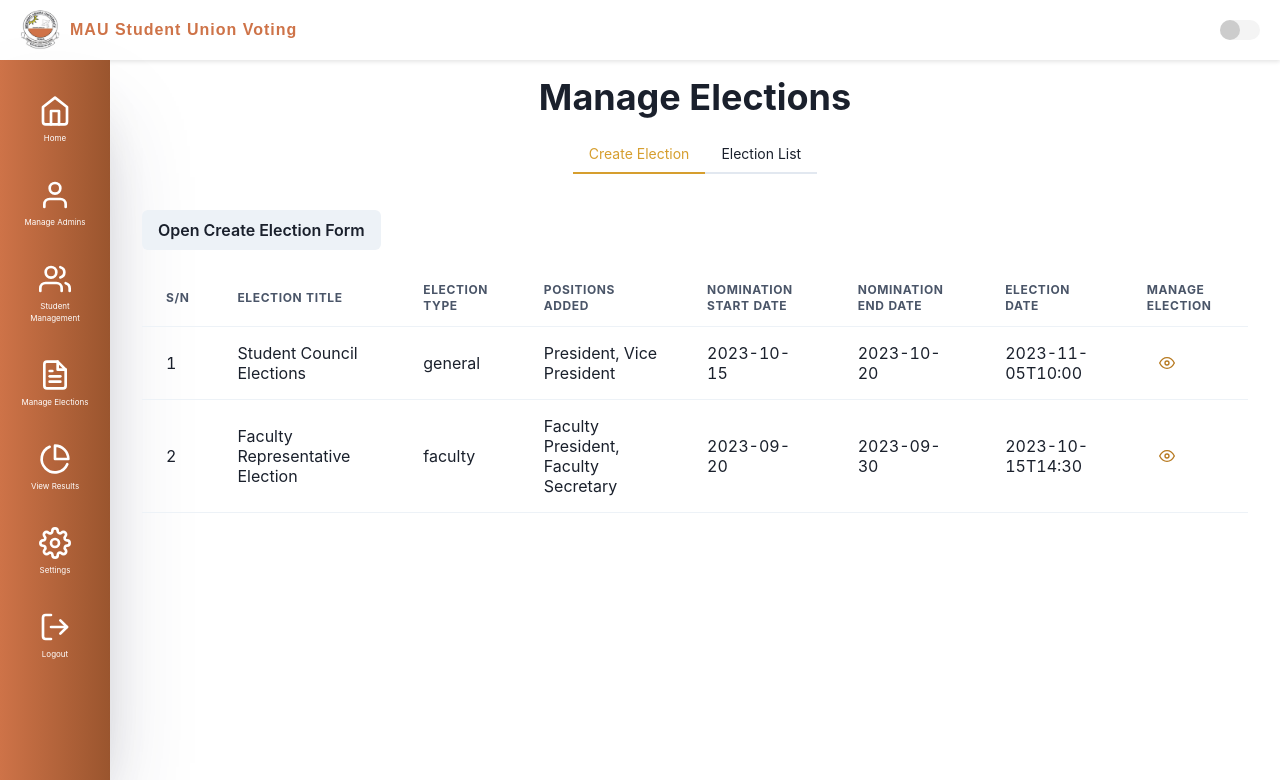
Repository: joena1o/e-vote
Page: /admin-dashboard/manage-elections
These files come from the project's save history. The page is drawn as it stood at one moment and after the next save; the edit follows.
The browser window is 1280 px wide. The pictures show the whole page.
The project was rebuilt for these pictures with package versions that can differ from the ones it lists, and the page was loaded fresh each time. Also part of the build but not shown: src/components/EnhancedLogin.js, src/components/maincontent/RegisterStudents/ManageStudents.js, src/components/maincontent/RegisterStudents/RegisterStudents.js, src/components/maincontent/RegisterStudents/StudentManagement.js, src/components/maincontent/ElectionResults/ViewResults.js, src/components/maincontent/Settings/Settings.js, src/api/index.js, src/components/maincontent/home/Home.styles.js and 15 more.

Above is the page before, as saved 2023-10-27 02:01:11.

After the next save:
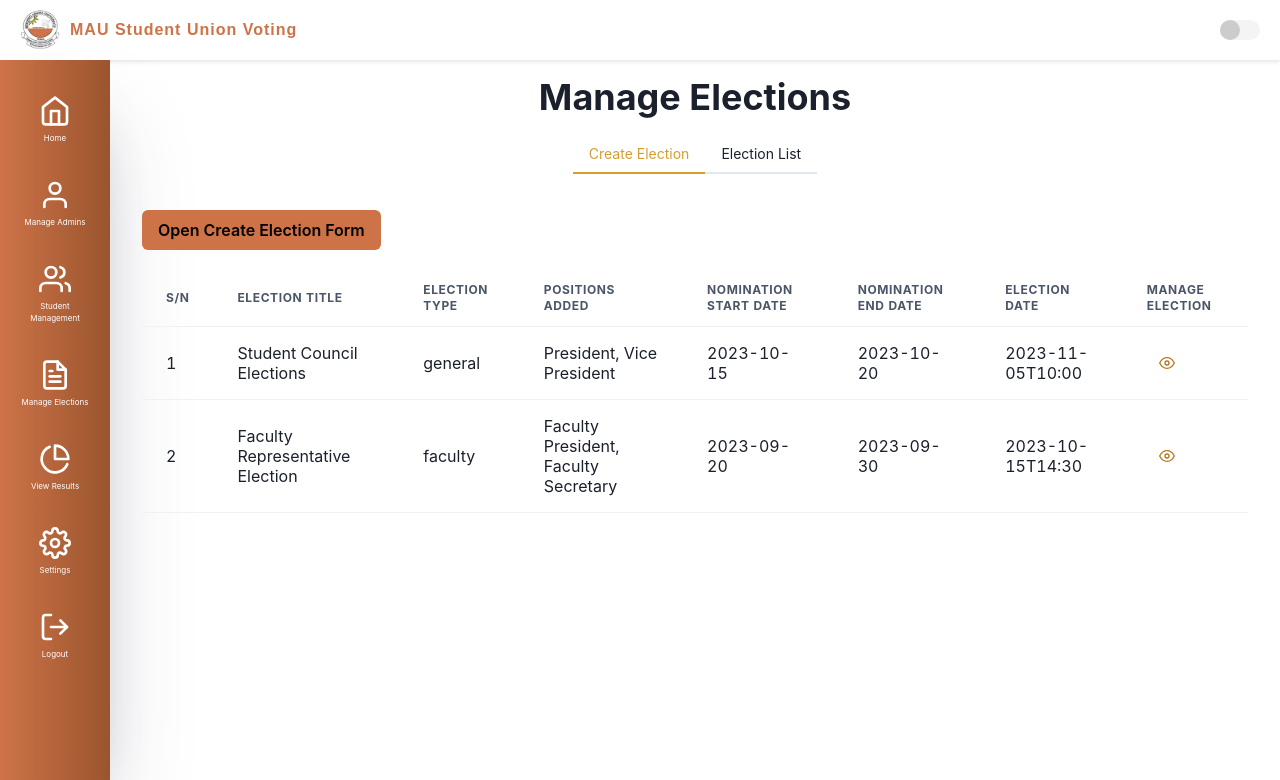
Saved 3 min 27 s later.
--- a/src/components/maincontent/ManageElections/CreateElection.js
+++ b/src/components/maincontent/ManageElections/CreateElection.js
@@ -75,9 +75,10 @@ const CreateElection = () => {
 
   return (
     <>
-      <Button onClick={() => setModalIsOpen(true)} mt={5}>
-        Open Create Election Form
-      </Button>
+     <Button onClick={() => setModalIsOpen(true)} mt={5} bg="#ce7348" color="black" >
+       Open Create Election Form
+     </Button>
+
 
       <Box width="100%" mt={5}>
         <Table variant="simple">
